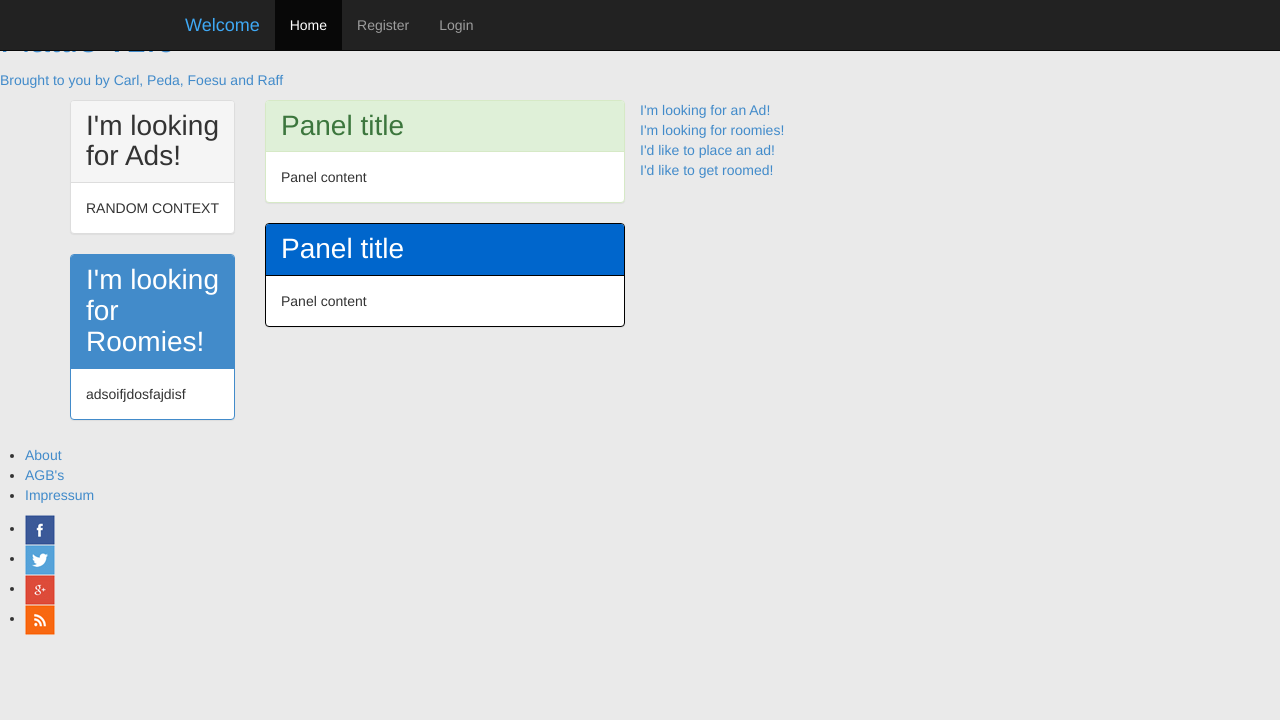
Repository: ese-unibe-ch/ese2014-team2
Page: http://localhost/Skeleton/pages/index.jsp
These files come from the project's save history. The page is drawn as it stood at one moment and after the next save; the edit follows.
The browser window is 1280 px wide. The pictures show the whole page.
Some web libraries are served in a nearby version. The page is served by Tomcat 9. Nobody is signed in. The application's start-up code is not run. Other server files are loaded and not shown. The template is opened directly, without the code that normally fills it, so the values that code supplies are empty.

Above is the page before, as saved 2014-10-30 14:35:12.
Console error (its wording comes from the project's code and is left out).

### Skeleton/src/main/webapp/pages/index.jsp

<%@ page language="java" pageEncoding="UTF-8" contentType="text/html;charset=utf-8" %>
<%@ taglib prefix="c" uri="http://java.sun.com/jsp/jstl/core" %>
<%@ taglib prefix="form" uri="http://www.springframework.org/tags/form" %>
<%@ taglib prefix="spring" uri="http://www.springframework.org/tags" %>



<c:import url="template/header.jsp" />

<!-- TEST WITH BOOTSTRAP PANELS -->
	<div class="row">
        <div class="col-sm-2">
          <div class="panel panel-default">
            <div class="panel-heading">
              <h3 class="panel-title">I'm looking for Ads!</h3>
            </div>
            <div class="panel-body">
              RANDOM CONTEXT
            </div>
          </div>
          <div class="panel panel-primary">
            <div class="panel-heading">
              <h3 class="panel-title">I'm looking for Roomies!</h3>
            </div>
            <div class="panel-body">
              adsoifjdosfajdisf
            </div>
          </div>
        </div><!-- /.col-sm-4 -->
        <div class="col-sm-4">
          <div class="panel panel-success">
            <div class="panel-heading">
              <h3 class="panel-title">Panel title</h3>
            </div>
            <div class="panel-body">
              Panel content
            </div>
          </div>
          <div class="panel panel-info">
            <div class="panel-heading">
              <h3 class="panel-title">Panel title</h3>
            </div>
            <div class="panel-body">
              Panel content
            </div>
          </div>
        </div><!-- /.col-sm-4 -->
			<a href="ads">
				<div class="main_button_left">
					<span>I'm looking for an Ad!</span>
				</div>
			</a>


			<a href="">
				<div class="main_button_right">
        			<span>I'm looking for roomies!</span>
        		</div>
			</a>



		<a href="placead">
    		<div class="main_button_small_left">
				<span>I'd like to place an ad!</span>
			</div>
		</a>

		<a href="placemate">
			<div class="main_button_small_right">
				<span>I'd like to get roomed!</span>
			</div>
		</a>





<c:import url="template/footer.jsp" />

### Skeleton/src/main/webapp/pages/template/header.jsp
<!DOCTYPE html>
<html lang="en">
<http use-expressions="true">


    	<meta charset="utf-8">

    	<title>About Princesses and Castles</title>

    	<link rel="stylesheet" type="text/css" href="css/stylesheet.css" media="all"/>
    	<link rel="stylesheet" type="text/css" href="css/bootstrap.min.css" media="screen" />
    	<script type="text/javascript"  src="dn.com/bootstrap/3.2.0/js/bootstrap.min.js"></script>
    	<script type="text/javascript" src="http://code.jquery.com/jquery-2.1.1.min.js"></script>
		<script src="http://ajax.googleapis.com/ajax/libs/jquery/1.4.2/jquery.min.js?ver=1.4.2"></script>
    	<script src="js/login.js"></script>
    	<script src="js/slider.js"></script>
    	<!-- HTML5 shim, for IE6-8 support of HTML5 elements -->
    	<!--[if lt IE 9]>
    	<script src="http://html5shim.googlecode.com/svn/trunk/html5.js"></script>
    	<![endif]-->
<!--   WASTE!
    	<style>
        	body {
         	   padding-top: 60px; /* 60px to make the container go all the way to the bottom of the topbar */
        	}
    	</style>
    -->



</head>
<body>
<%@ page language="java" pageEncoding="UTF-8" contentType="text/html;charset=utf-8" %>
<%@ taglib prefix="c" uri="http://java.sun.com/jsp/jstl/core" %>
<%@ taglib prefix="form" uri="http://www.springframework.org/tags/form" %>
<%@ taglib prefix="spring" uri="http://www.springframework.org/tags" %>
<%@ taglib prefix="security" uri="http://www.springframework.org/security/tags" %>

   	  <link href="http://ajax.googleapis.com/ajax/libs/jqueryui/1.8/themes/ui-lightness/jquery-ui.css" rel="stylesheet" type="text/css"/>
      <script src="http://ajax.googleapis.com/ajax/libs/jquery/1.5/jquery.min.js"></script>
      <script src="http://ajax.googleapis.com/ajax/libs/jqueryui/1.8/jquery-ui.min.js"></script>

      <script>
      $(document).ready(function() {
        $("#datepicker").datepicker();
      });
      </script>

       <script>
      $(document).ready(function() {
        $("#datepicker2").datepicker();
      });
      </script>

<security:authorize access="isAnonymous()">
    <!-- Fixed navbar -->
    <nav class="navbar navbar-inverse navbar-fixed-top" role="navigation">
      <div class="container">
        <div class="navbar-header">
          <button type="button" class="navbar-toggle collapsed" data-toggle="collapse" data-target="#navbar" aria-expanded="false" aria-controls="navbar">
            <span class="sr-only">Toggle navigation</span>
            <span class="icon-bar"></span>
            <span class="icon-bar"></span>
            <span class="icon-bar"></span>
          </button>
          <a class="navbar-brand" href="#">Welcome</a>
        </div>
        <div id="navbar" class="navbar-collapse collapse">
          <ul class="nav navbar-nav">
            <li class="active"><a href="/Skeleton">Home</a></li>
            <li><a href="register">Register</a></li>
            <li><a href="#" id="loginButton"><span>Login</span><em></em></a>
                <div style="clear:both"></div>
                <div id="loginBox">
                    <form id="loginForm" name="loginForm" action="<c:url value='j_spring_security_check' />" method="POST">
                        <fieldset id="body">
                            <fieldset>
                                <label for="email">Email Address</label>
                                <input type="text" name="j_username" id="email" placeholder="Email" />
                            </fieldset>
                            <fieldset>
                                <label for="password">Password</label>
                                <input type="password" name="j_password" id="password" placeholder="Password" />
                            </fieldset>
                            <input type="submit" id="login" value="Sign in" />
                            <label for="checkbox"><input type="checkbox" id="checkbox" />Remember me</label>
                        </fieldset>
                        <span><a href="#">Forgot your password?</a></span>
                    </form>
                </div></li>
          </ul>
        </div><!--/.nav-collapse -->
      </div>
    </nav>
</security:authorize>

<security:authorize access="isAuthenticated()">
	    <!-- Fixed navbar -->
    <nav class="navbar navbar-inverse navbar-fixed-top" role="navigation">
      <div class="container">
        <div class="navbar-header">
          <button type="button" class="navbar-toggle collapsed" data-toggle="collapse" data-target="#navbar" aria-expanded="false" aria-controls="navbar">
            <span class="sr-only">Toggle navigation</span>
            <span class="icon-bar"></span>
            <span class="icon-bar"></span>
            <span class="icon-bar"></span>
          </button>
          <a class="navbar-brand" href="#">Welcome</a>
        </div>
        <div id="navbar" class="navbar-collapse collapse">
          <ul class="nav navbar-nav">
            <li class="active"><a href="/Skeleton">Home</a></li>
            <li><a href="myprofile">My Profile</a></li>
            <li><a href="myinbox">My Inbox<span class="badge">42</span></a></li>
            <li><a href="myads">My Ads</a></li>
            <li><a href="logout">Logout</a></li>
          </ul>
        </div><!--/.nav-collapse -->
      </div>
    </nav>
</security:authorize>


<a href="/Skeleton/">
<div id="header">
	<div id="header_wrapper">
		<title>Flattie v1.0</title>
		<h1>Flattie v1.0</h1>
    	<p>Brought to you by Carl, Peda, Foesu and Raff</p>
    </div>
</div>	<!--  END OF #header -->
</a>


<div id="container_background">
	<div class="container">

### Skeleton/src/main/webapp/pages/template/footer.jsp
	</div> <!-- END OF CONTAINER -->
</div> <!--  END OF CONTAINER_BACKGROUND -->
<div id="push"></div>
<div id="footer_wrapper">
	<div class="seperator"></div>
	<div id="footer">
		<div id="footerbar">
			<ul class="footerbar_content">
				<li><a href="about">About</a></li>
				<li><a href="agb">AGB's</a></li>
				<li><a href="impressum">Impressum</a></li>
			</ul>
			<ul class="footerbar_content">
				<li><a href="http://www.facebook.com" target="_blank"><img src="img/facebook_small.jpg"></a></li>
				<li><a href="http://www.twitter.com" target="_blank"><img src="img/twitter_small.jpg"></a></li>
				<li><a href="http://www.plus.google.com" target="_blank"><img src="img/gplus_small.jpg"></a></li>
				<li><a href="" target="_blank"><img src="img/rss_small.jpg"></a></li>
			</ul>
		</div>
	</div>
</div>
</body>
</html>

Loaded but not shown: Skeleton/src/main/webapp/css/bootstrap.min.css (library); Skeleton/src/main/webapp/js/bootstrap.min.js (library); Skeleton/src/main/webapp/js/login.js (common file); Skeleton/src/main/webapp/js/slider.js (104 lines, source omitted); Skeleton/src/main/webapp/css/stylesheet.css (2278 lines, source omitted)

After the next save:
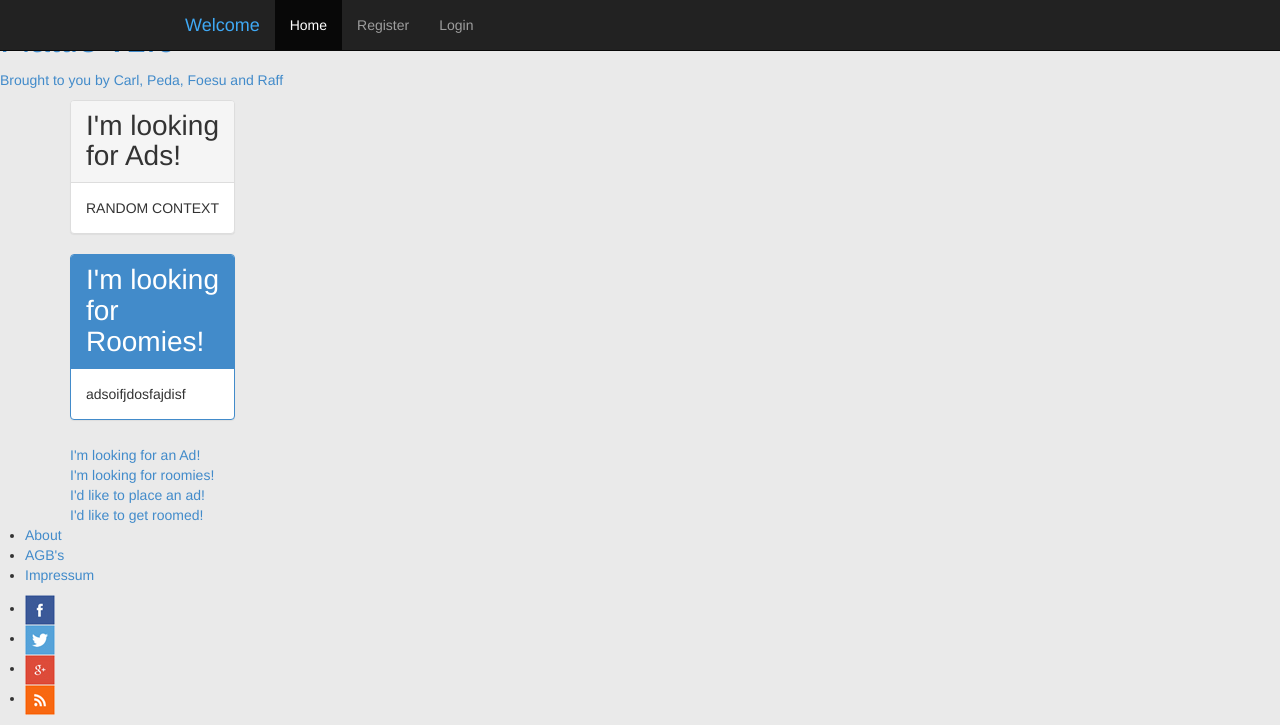
Saved 20 s later.
--- a/Skeleton/src/main/webapp/pages/index.jsp
+++ b/Skeleton/src/main/webapp/pages/index.jsp
@@ -27,24 +27,7 @@
               adsoifjdosfajdisf
             </div>
           </div>
-        </div><!-- /.col-sm-4 -->
-        <div class="col-sm-4">
-          <div class="panel panel-success">
-            <div class="panel-heading">
-              <h3 class="panel-title">Panel title</h3>
-            </div>
-            <div class="panel-body">
-              Panel content
-            </div>
-          </div>
-          <div class="panel panel-info">
-            <div class="panel-heading">
-              <h3 class="panel-title">Panel title</h3>
-            </div>
-            <div class="panel-body">
-              Panel content
-            </div>
-          </div>
+        </div>
         </div><!-- /.col-sm-4 -->
 			<a href="ads">
 				<div class="main_button_left">
